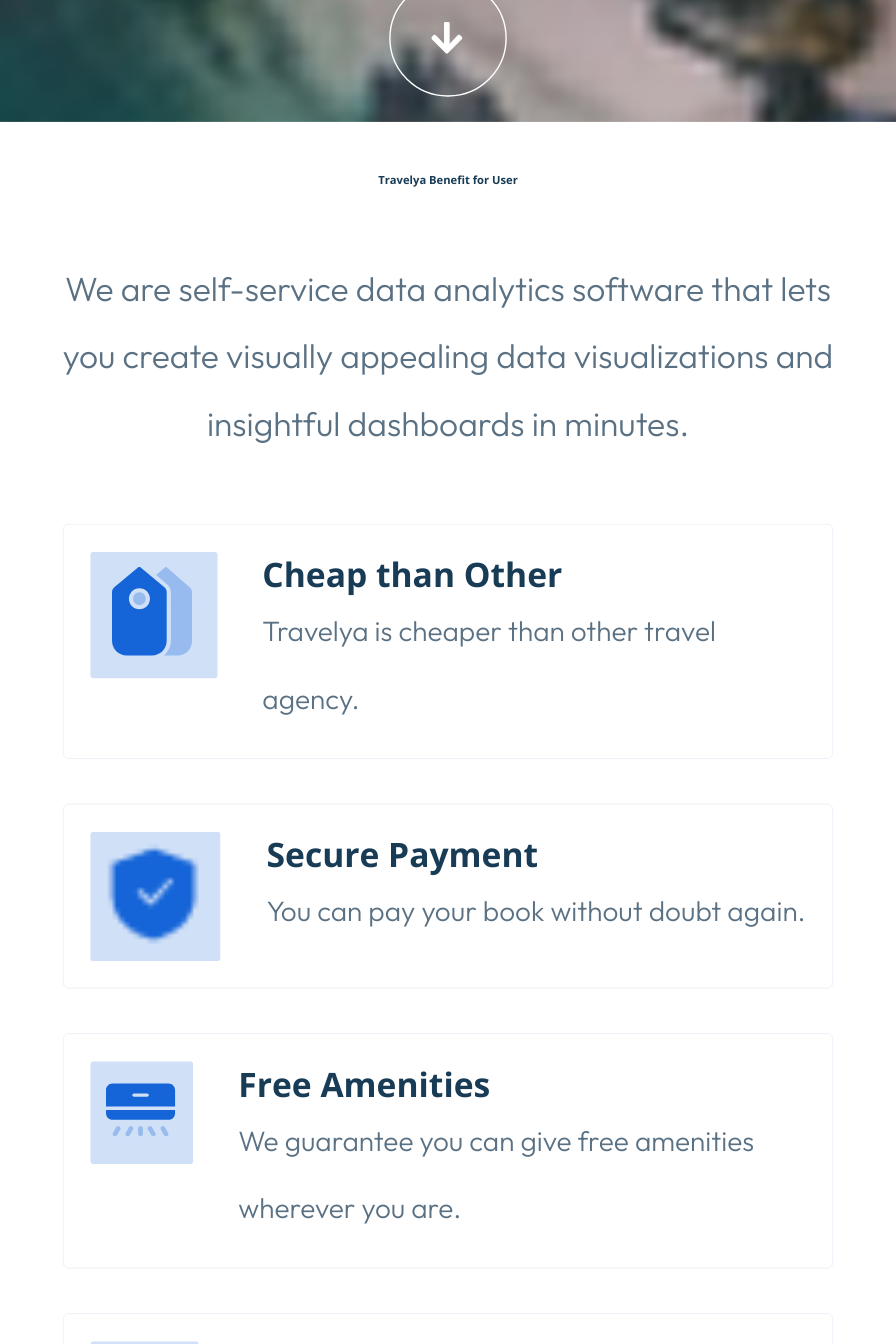
Repository: daviHmoraes/frontcomtailwind
Page: index.html
These files come from the project's save history. The page is drawn as it stood at one moment and after a run of saves; the edit follows.
The browser window is 1280 px wide. The pictures show the part of the page from y = 2823 to 4743 px (the page is 17256 px tall before and 17298 px after), at 70% of full size.
A picture or video elsewhere on the page could not be fetched, so the positions and the page height are approximate.

Above is the page before, as saved 2026-09-01 15:11:19.

After the next 8 saves:
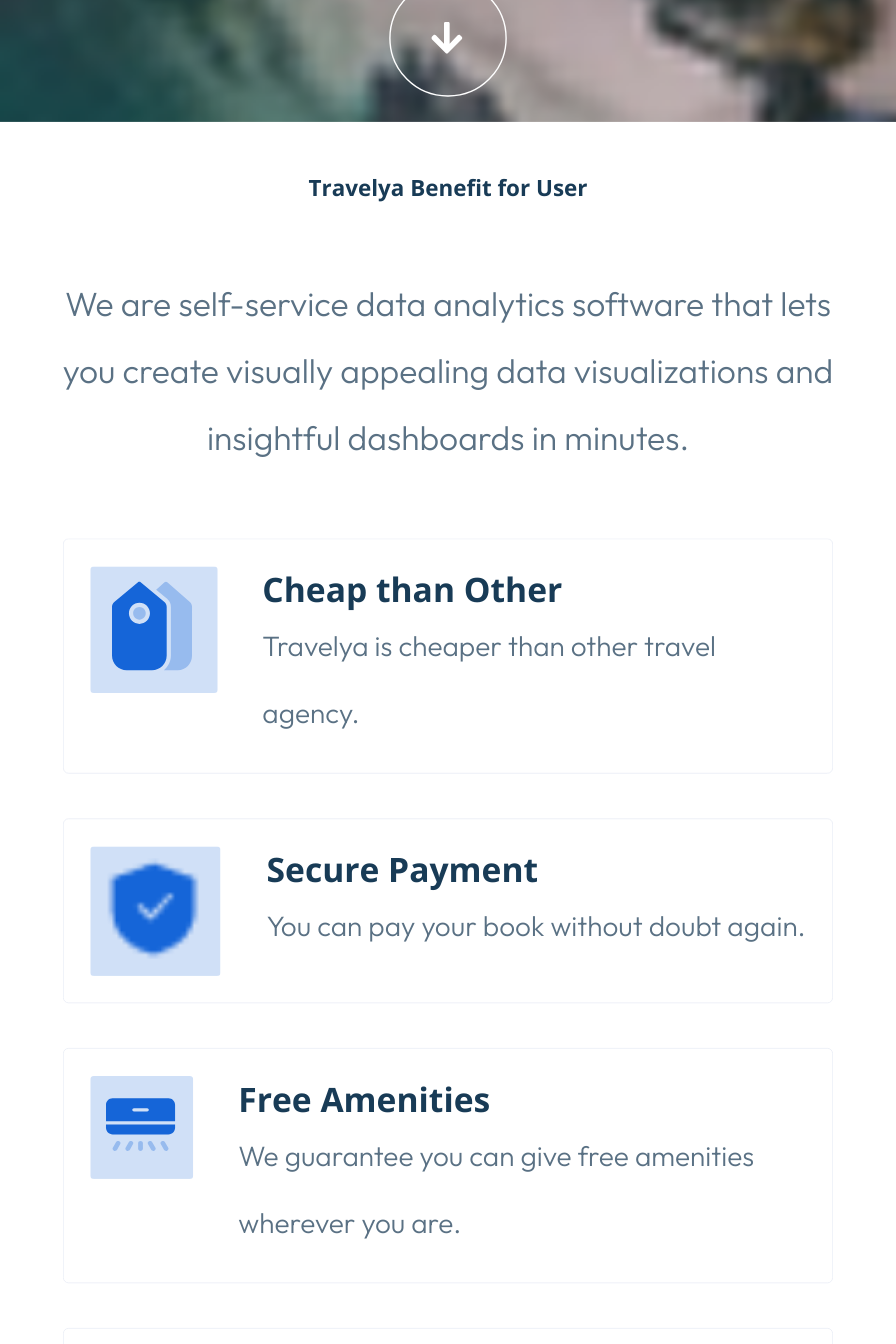
The 8 saves are shown as one change because they came seconds apart.
The last was saved 23 s later.
--- a/css/style.css
+++ b/css/style.css
@@ -18,8 +18,8 @@
     --submit-button-color: #1565D8;
 
     --clamp-14px: clamp(0.7rem, 4.4vw, 2.5rem);
-    --clamp-24px: clamp(1.2rem, 8.8vw, 4rem);
-    --clamp-28px: clamp()
+    --clamp-24px: clamp(1rem, 8.8vw, 3rem);
+    --clamp-28px: clamp(1rem, 8vw, 2rem)
 }
 
 h1, h2, h3, h4 {
